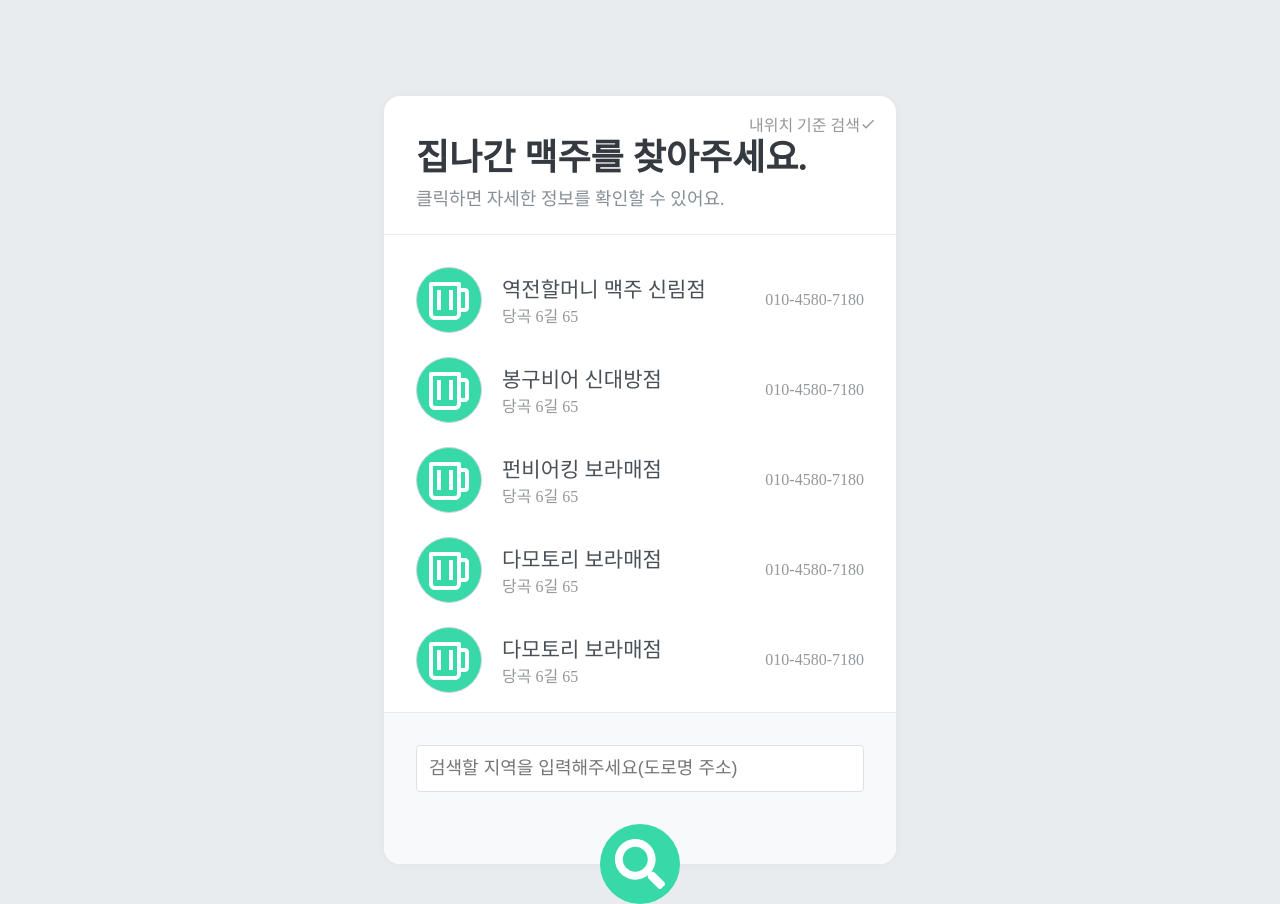
Repository: THE-SOPT-WEB/kimNamjun
Page: / (app in week4/bring-my-beer/)
An editor plug-in stored every save of this project. The page is shown before and after a run of saves, followed by the edit.
The browser window is 1280 px wide. The pictures show the whole page.
An inner scrolling area shows only its first screen. The project was rebuilt for these pictures with package versions that can differ from the ones it lists, and the page was loaded fresh each time.

Above is the page before, as saved 2022-05-13 02:16:28.

After the next 2 saves:
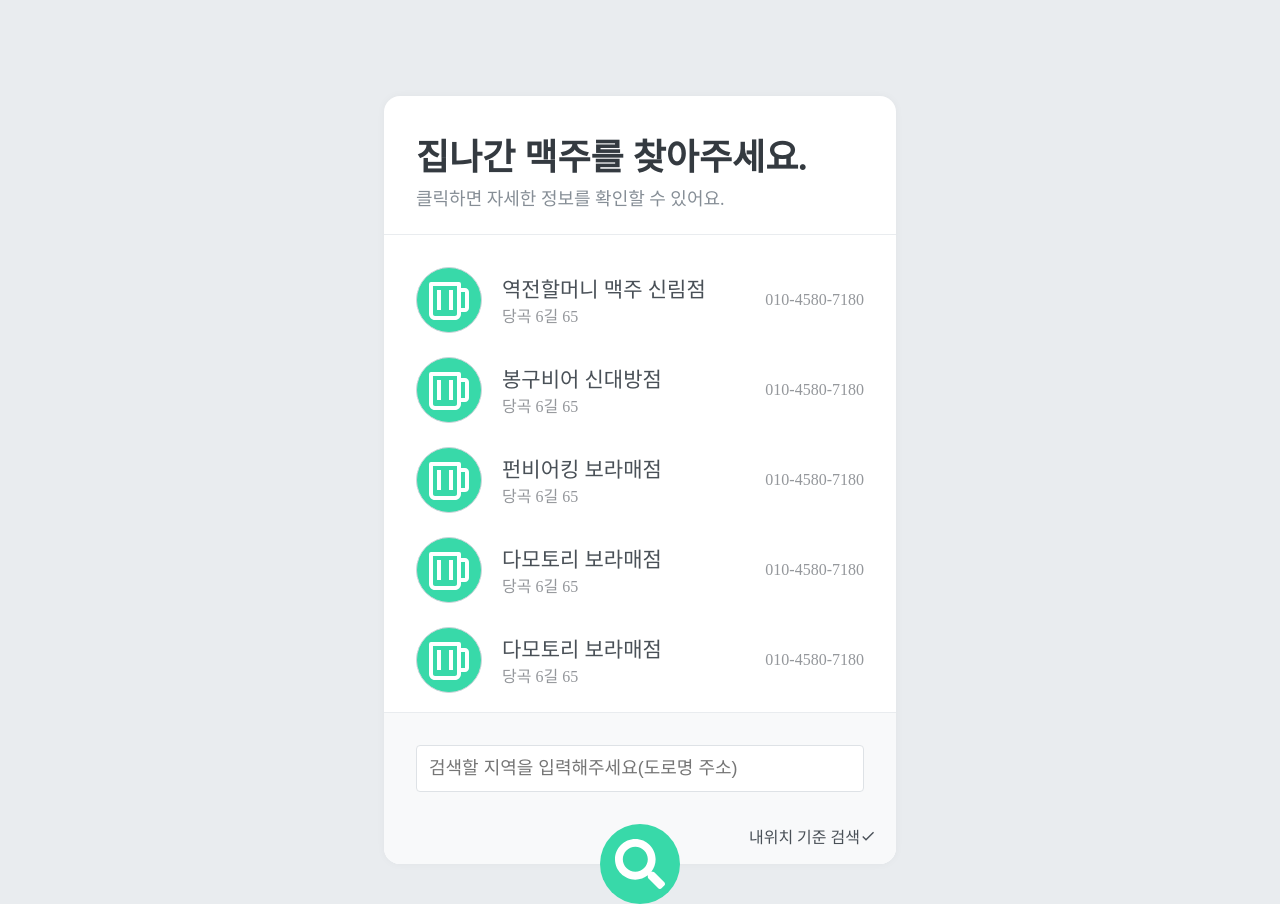
The 2 saves are shown as one change because they came seconds apart.
The last was saved 33 s later.
--- a/week4/bring-my-beer/src/components/Search.jsx
+++ b/week4/bring-my-beer/src/components/Search.jsx
@@ -63,12 +63,12 @@ const CheckBox = styled.div`
   font-size: 16px;
   position: absolute;
   right: 20px;
-  bottom: px;
+  bottom: 0px;
   display: flex;
   align-items: center;
   justify-content: center;
   transition: 0.125s all ease-in;
-  color: #94979b;
+  color: #495057;;
 
 `
 
